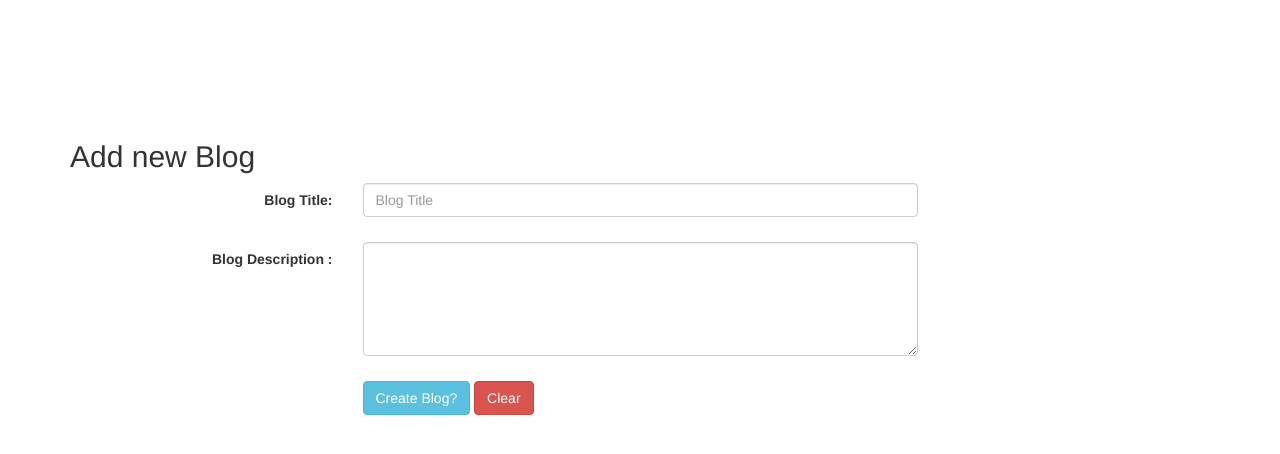
Repository: shailaja1601/collaborative_project
Page: CollabarationFrontEnd/WebContent/blog/CreateBlog.html
An editor plug-in stored every save of this project. The page is shown before and after the next save, followed by the edit.
The browser window is 1280 px wide. The pictures show the whole page.

Above is the page before, as saved 2017-02-07 18:25:13.
Console error (its wording comes from the project's code and is left out).

### CollabarationFrontEnd/WebContent/blog/CreateBlog.html
<!DOCTYPE html>
<html>
<head>
<meta charset="ISO-8859-1">
<title>Insert title here</title>
<link rel="shortcut icon" href="favicon.ico">

<link rel="stylesheet" href="resources/css/bootstrap.min.css" />
<script src="resources/js/bootstrap.min.js"></script>

</head>
<body data-ng-app="myApp">
	<div class="container" data-ng-controller="BlogController as ctrl">
		<br/><br/><br/><br/><br/><br/>
		<h2>Add new Blog</h2>
		<form class="form-horizontal" name="myForm" role="form" data-ng-submit="ctrl.submit()">

			<div class="form-group" data-ng-class="{'has-error': form.blogtitle.$dirty && form.blogtitle.$error.required}">
				<label for="blogtitle" class="col-sm-3 control-label" style="text-align: right;">Blog Title:</label>
				<div class="col-sm-6">
					<input type="text" name="blogtitle" id="blogtitle" class="form-control" placeholder="Blog Title"
						data-ng-model="ctrl.blog.blogtitle" required />
						<span data-ng-show="form.blogtitle.$dirty && form.blogtitle.$error.required" class="help-block"></span>
				</div>
			</div>

			<div class="form-group" data-ng-class="{'has-error': form.description.$dirty && form.description.$error.required}">
				<label for="description" class="col-sm-3 control-label">Blog Description :</label>
				<div class="col-sm-6">
					<textarea rows="5" cols="80" id="description" name="description" class="form-control" data-ng-model="ctrl.blog.description" required></textarea>
					<span data-ng-show="form.description.$dirty && form.description.$error.required" class="help-block"></span>
				</div>
			</div>

			<div class="form-group">
				<div class="col-sm-3"></div>
				<div class="col-sm-6">
					<button type="submit" data-ng-disabled="form$invalid || ctrl.dataLoading" class="btn btn-info">Create Blog?</button>
					<button type="reset" class="btn btn-danger" data-ng-click="ctrl.reset()" >Clear</button>
				</div>
			</div>
		</form>
	</div>
</body>
</html>

Loaded but not shown: CollabarationFrontEnd/WebContent/lib/css/bootstrap.min.css (library); CollabarationFrontEnd/WebContent/lib/js/bootstrap.min.js (library)

After the next save:
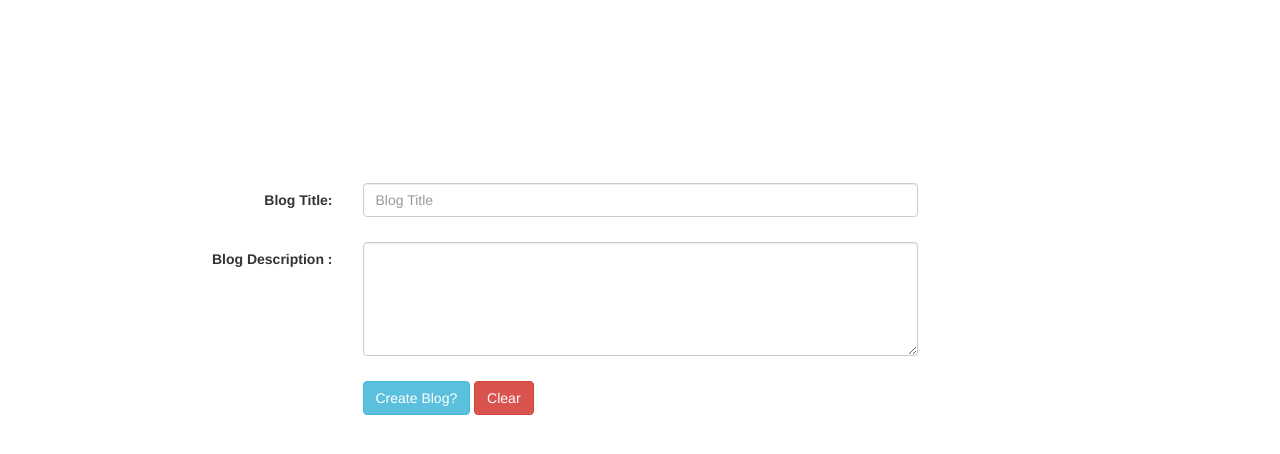
Saved 97 s later.
--- a/CollabarationFrontEnd/WebContent/blog/CreateBlog.html
+++ b/CollabarationFrontEnd/WebContent/blog/CreateBlog.html
@@ -12,7 +12,7 @@
 <body data-ng-app="myApp">
 	<div class="container" data-ng-controller="BlogController as ctrl">
 		<br/><br/><br/><br/><br/><br/>
-		<h2>Add new Blog</h2>
+		<h2 style="color:white">Add new Blog</h2>
 		<form class="form-horizontal" name="myForm" role="form" data-ng-submit="ctrl.submit()">
 
 			<div class="form-group" data-ng-class="{'has-error': form.blogtitle.$dirty && form.blogtitle.$error.required}">
